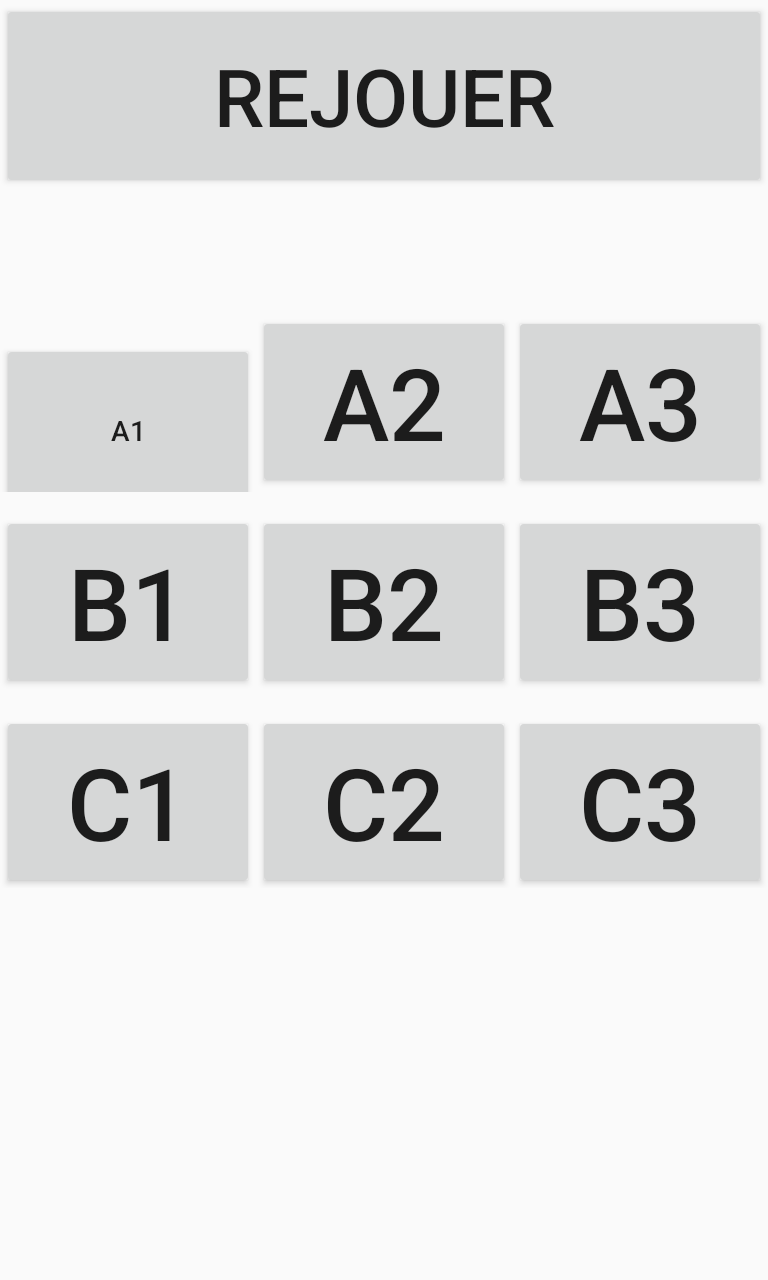
Repository: chakrinamo/Projet_S4_TicTacToe
Layout: Tic_Tac_Toe/res/layout/activity_main.xml
An editor plug-in stored every save of this project. The layout is shown before and after the next save, followed by the edit.
It is drawn on a 768 x 1280 px phone screen (xhdpi) without system bars, with theme AppTheme; the app's code is not run.

Above is the layout before, as saved 2015-02-24 05:25:38.

### Tic_Tac_Toe/res/layout/activity_main.xml
<LinearLayout xmlns:android="http://schemas.android.com/apk/res/android"
    xmlns:tools="http://schemas.android.com/tools"
    android:layout_width="match_parent"
    android:layout_height="match_parent"
    android:orientation="vertical"
    tools:context="${relativePackage}.${activityClass}" >

    <LinearLayout
        android:layout_width="fill_parent"
        android:layout_height="wrap_content"
        android:orientation="horizontal" >

        <Button
            android:id="@+id/Rejouer"
            android:layout_width="fill_parent"
            android:layout_height="96dp"
            android:layout_marginBottom="60dp"
            android:text="REJOUER"
            android:textSize="40"/>

    </LinearLayout>

    <LinearLayout
        android:layout_width="fill_parent"
        android:layout_height="wrap_content"
        android:orientation="horizontal"
        android:layout_marginBottom="10dp" >

        <Button
            android:id="@+id/A1"
            android:layout_width="fill_parent"
            android:layout_height="90dp"
            android:layout_weight="1"
            android:text="A1"/>

        <Button
            android:id="@+id/A2"
            android:layout_width="fill_parent"
            android:layout_height="90dp"
            android:layout_weight="1"
            android:text="A2"
            android:textSize="50"/>

        <Button
            android:id="@+id/A3"
            android:layout_width="fill_parent"
            android:layout_height="90dp"
            android:layout_weight="1"
            android:text="A3"
            android:textSize="50"/>
    </LinearLayout>

    <LinearLayout
        android:layout_width="fill_parent"
        android:layout_height="wrap_content"
        android:orientation="horizontal"
        android:layout_marginBottom="10dp">

        <Button
            android:id="@+id/B1"
            android:layout_width="fill_parent"
            android:layout_height="90dp"
            android:layout_weight="1"
            android:text="B1"
            android:textSize="50"/>

        <Button
            android:id="@+id/B2"
            android:layout_width="fill_parent"
            android:layout_height="90dp"
            android:layout_weight="1"
            android:text="B2"
            android:textSize="50"/>

        <Button
            android:id="@+id/B3"
            android:layout_width="fill_parent"
            android:layout_height="90dp"
            android:layout_weight="1"
            android:text="B3"
            android:textSize="50"/>
    </LinearLayout>

    <LinearLayout
        android:layout_width="fill_parent"
        android:layout_height="88dp"
        android:orientation="horizontal"
        android:layout_marginBottom="10dp" >

        <Button
            android:id="@+id/C1"
            android:layout_width="fill_parent"
            android:layout_height="90dp"
            android:layout_weight="1"
            android:text="C1"
            android:textSize="50"/>

        <Button
            android:id="@+id/C2"
            android:layout_width="fill_parent"
            android:layout_height="90dp"
            android:layout_weight="1"
            android:text="C2"
            android:textSize="50"/>

        <Button
            android:id="@+id/C3"
            android:layout_width="fill_parent"
            android:layout_height="90dp"
            android:layout_weight="1"
            android:text="C3"
            android:textSize="50"/>
    </LinearLayout>

</LinearLayout>

Loaded but not shown: Tic_Tac_Toe/res/values/styles.xml (common file); Tic_Tac_Toe/res/values-v11/styles.xml (common file); Tic_Tac_Toe/res/values-v14/styles.xml (common file)

After the next save:
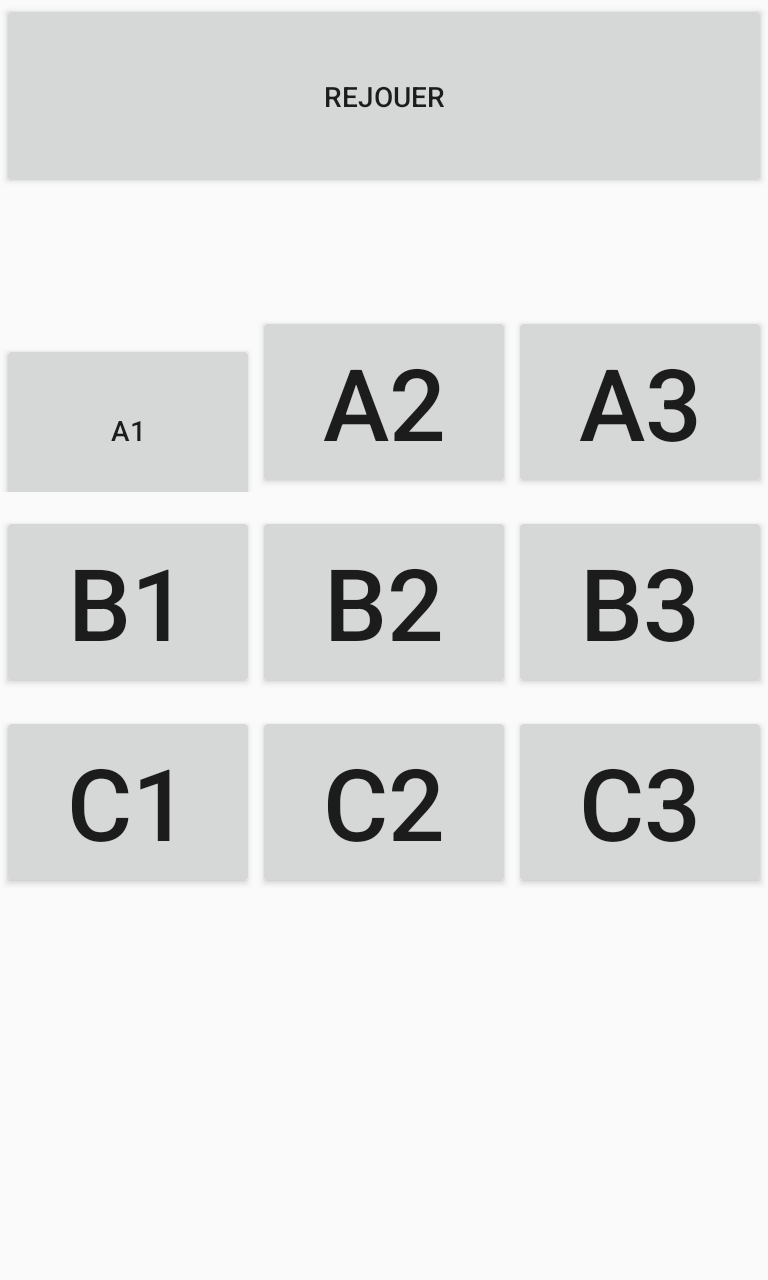
Saved 37 s later.
--- a/Tic_Tac_Toe/res/layout/activity_main.xml
+++ b/Tic_Tac_Toe/res/layout/activity_main.xml
@@ -15,8 +15,7 @@
             android:layout_width="fill_parent"
             android:layout_height="96dp"
             android:layout_marginBottom="60dp"
-            android:text="REJOUER"
-            android:textSize="40"/>
+            android:text="REJOUER"/>
 
     </LinearLayout>
 
